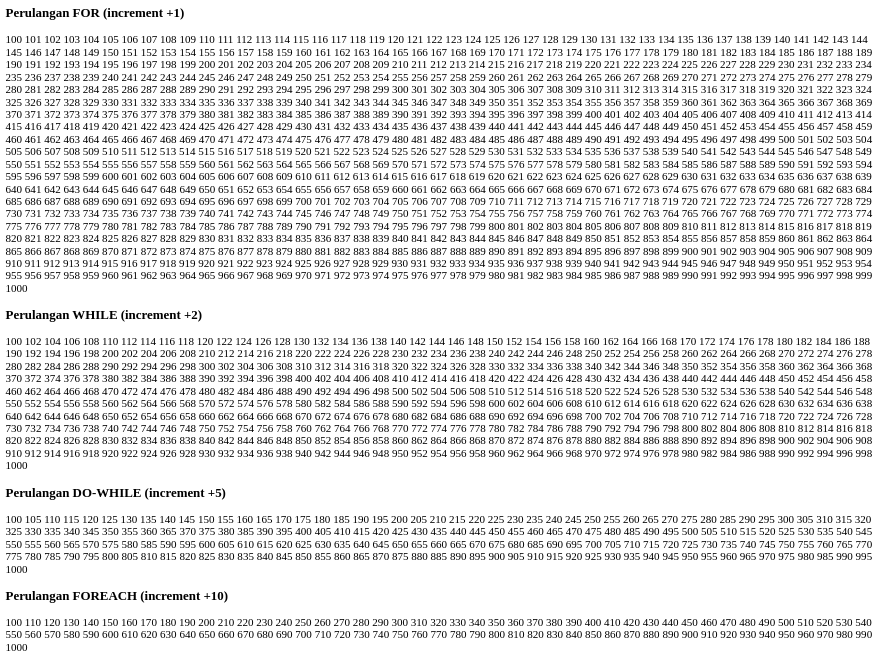
Repository: Bearli-py/latihan_PHP
Page: http://localhost/tugas_php3.php
These files come from the project's save history. The page is drawn as it stood at one moment and after the next save; the edit follows.
The browser window is 1280 px wide. The pictures show the whole page, at 69% of full size.
The page is run by PHP 8.4 with error messages shown; the project is at /var/www/html/.

Above is the page before, as saved 2025-09-30 13:52:10.

After the next save:
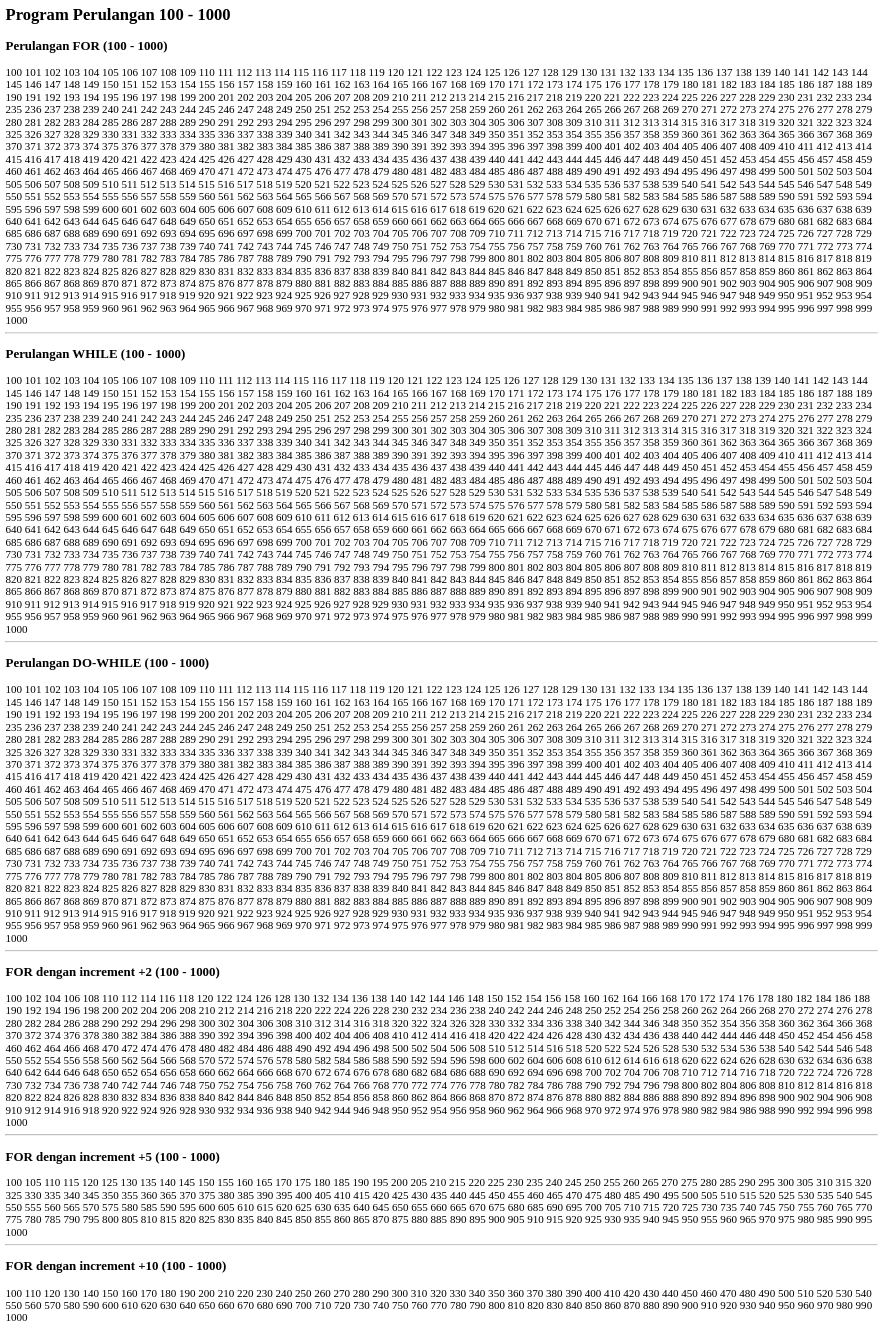
Saved 3 min 20 s later.
--- a/tugas_php3.php
+++ b/tugas_php3.php
@@ -1,27 +1,51 @@
 <?php
-echo "<h3>Perulangan FOR (increment +1)</h3>";
-for($i = 100; $i <= 1000; $i+=1) {
+echo "<h2>Program Perulangan 100 - 1000</h2>";
+
+// 1. FOR (increment +1)
+echo "<h3>Perulangan FOR (100 - 1000)</h3>";
+for($i = 100; $i <= 1000; $i++) {
     echo $i . " ";
 }
 
-echo "<h3>Perulangan WHILE (increment +2)</h3>";
+echo "<hr>";
+
+// 2. WHILE (increment +1)
+echo "<h3>Perulangan WHILE (100 - 1000)</h3>";
 $j = 100;
 while($j <= 1000) {
     echo $j . " ";
-    $j += 2;
+    $j++;
 }
 
-echo "<h3>Perulangan DO-WHILE (increment +5)</h3>";
+echo "<hr>";
+
+// 3. DO-WHILE (increment +1)
+echo "<h3>Perulangan DO-WHILE (100 - 1000)</h3>";
 $k = 100;
 do {
     echo $k . " ";
-    $k += 5;
+    $k++;
 } while($k <= 1000);
 
-echo "<h3>Perulangan FOREACH (increment +10)</h3>";
-// bikin array dari 100 sampai 1000
-$angka = range(100, 1000, 10); // auto naik 10
-foreach($angka as $val) {
-    echo $val . " ";
+echo "<hr>";
+
+// 4. Contoh increment berbeda
+echo "<h3>FOR dengan increment +2 (100 - 1000)</h3>";
+for($m = 100; $m <= 1000; $m+=2) {
+    echo $m . " ";
+}
+
+echo "<hr>";
+
+echo "<h3>FOR dengan increment +5 (100 - 1000)</h3>";
+for($n = 100; $n <= 1000; $n+=5) {
+    echo $n . " ";
+}
+
+echo "<hr>";
+
+echo "<h3>FOR dengan increment +10 (100 - 1000)</h3>";
+for($o = 100; $o <= 1000; $o+=10) {
+    echo $o . " ";
 }
 ?>
